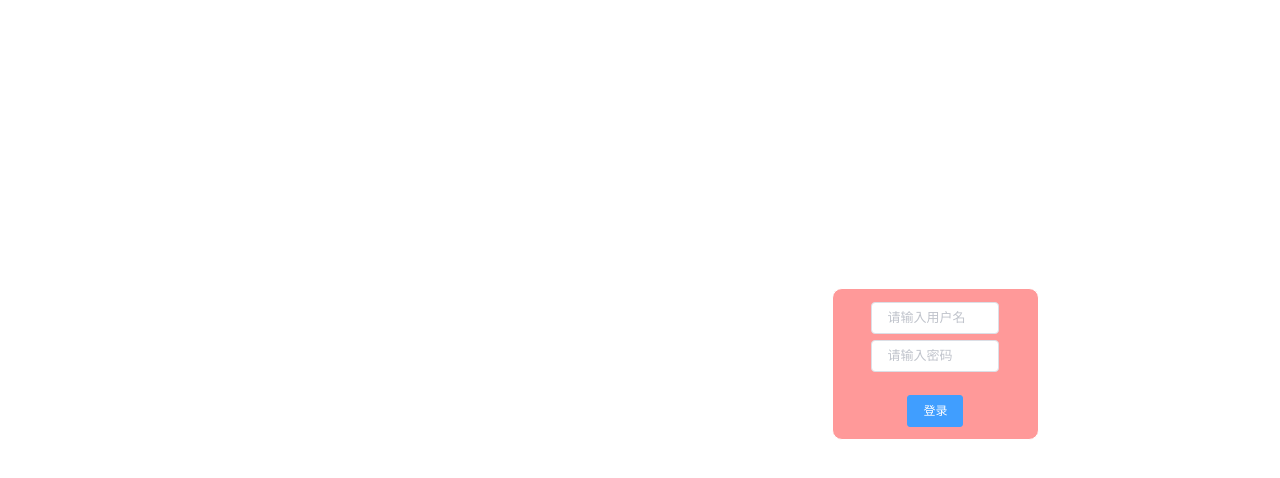
Repository: faintout/backMng
Page: / (app in backmng/)
An editor plug-in stored every save of this project. The page is shown before and after the next save, followed by the edit.
The browser window is 1280 px wide. The pictures show the whole page.
The project was rebuilt for these pictures with package versions that can differ from the ones it lists, and the page was loaded fresh each time. Also part of the build but not shown: backmng/vue.config.js, backmng/src/views/headerTop.vue, backmng/src/views/layout.vue, backmng/src/views/_index.vue, backmng/src/views/addList.vue, backmng/src/views/list.vue.

Above is the page before, as saved 2021-01-04 15:32:34.

### backmng/public/index.html
<!DOCTYPE html>
<html lang="en">
  <head>
    <meta charset="utf-8">
    <meta http-equiv="X-UA-Compatible" content="IE=edge">
    <meta name="viewport" content="width=device-width,initial-scale=1.0">
    <link rel="icon" href="<%= BASE_URL %>favicon.ico">
    <title><%= htmlWebpackPlugin.options.title %></title>
  </head>
  <!-- <script src="https://cdn.bootcdn.net/ajax/libs/jquery/3.5.1/jquery.js"></script> -->
  <body>
    <noscript>
      <strong>We're sorry but <%= htmlWebpackPlugin.options.title %> doesn't work properly without JavaScript enabled. Please enable it to continue.</strong>
    </noscript>
    <div id="app"></div>
    <!-- built files will be auto injected -->
  </body>
</html>

### backmng/src/main.js
import Vue from 'vue'
import App from './App.vue'
import router from './router'
import store from './store'
import ElementUI from 'element-ui'
import 'element-ui/lib/theme-chalk/index.css'
import './assets/index.css'
import $ from 'jquery'
import axios from "axios"

Vue.use(ElementUI)
// Vue.use(axios)
Vue.prototype.$axios = axios;
// Vue.prototype.$route = axios;
Vue.config.productionTip = false
new Vue({
  router,
  store,
  render: h => h(App)
}).$mount('#app')

### backmng/src/App.vue
<template>
  <div id="app">
    <router-view/>
  </div>
</template>

<style lang="less">
#app {
  font-family: Avenir, Helvetica, Arial, sans-serif;
  -webkit-font-smoothing: antialiased;
  -moz-osx-font-smoothing: grayscale;
  text-align: center;
  color: #2c3e50;
  height: 100%;
}

#nav {
  padding: 30px;

  a {
    font-weight: bold;
    color: #2c3e50;

    &.router-link-exact-active {
      color: #42b983;
    }
  }
}
</style>

### backmng/src/router/index.js
import Vue from 'vue'
import VueRouter from 'vue-router'
import Layout from '../views/layout.vue'
import _index from '../views/_index.vue'
import addList from '../views/addList.vue'
import list from '../views/list.vue'
import login from '../views/login.vue'
import store from '../store/index.js'

Vue.use(VueRouter)

const routes = [
    // {
    //     path:'*',
    //     name:'redirect',
    //     redirect:'/login'
    // },
    {
        path:'/',
        name:'redirect',
        redirect:'/_index'
    },
    {
        path:'/login',
        name:'login',
        component:login
    },
    {
        path: '/layout',
        name: 'Layout',
        component: Layout,
        redirect:'/_index',
        children: [
            {
                path: '/_index',
                name: '首页',
                component: _index,
            },
            {
                path: '/addList',
                name: '添加',
                component: addList,
            },
            {
                path: '/list',
                name: '列表查看',
                component: list,
            },
        ]
    },
]


const router = new VueRouter({
    routes
})
router.beforeEach((to, from, next) => {
    if (to.path === '/login') {
      next();
    } else {
      store.commit('getToken')
      let token = store.state.token
      console.log('token',token);

      if (!token) {
        next('/login');
      } else {
        next();
      }
    }
  });

export default router

### backmng/src/store/index.js
import Vue from 'vue'
import Vuex from 'vuex'
import local from '../toolUtil/local.js'

Vue.use(Vuex)

export default new Vuex.Store({
    state: {
        token: local('backMng_token')?local('backMng_token'):''
    },
    mutations: {
        setToken(state, token) {
            //   state.token = token/
            local('backMng_token', token)
            // localStorage.removeItem('backMng_token')
            //设置token
            state.token = token
        },
        getToken(state) {
            let token = local('backMng_token')
            state.token =token?token:''
      },
        delToken(state) {
            state.token =''
            //清除本地token
            localStorage.removeItem('backMng_token')
      }
    },
    actions: {
    },
    modules: {
    }
})

### backmng/src/assets/index.css
* {
    /* width: 100%;
    height: 100%; */
    padding: 0;
    margin: 0;
}
html,body{
    height: 100%;
}
.h100{
    height: 100%;
}

### backmng/src/views/login.vue
<template>
    <div class="bgc" :style="{background:'url('+imgUrl+')'}">
        <div class="login_contnet">
            <div class="user_admin">
                <el-input v-model="userName" placeholder="请输入用户名" size="small"></el-input>

            </div>
            <div class="user_password">
                <el-input v-model="passWord" placeholder="请输入密码" show-password size="small"></el-input>

            </div>
            <el-button type="primary" @click="login" size="small" style="margin-top:1rem">登录</el-button>
        </div>

    </div>
</template>

<script>
    import { AjaxTool } from '../request/ajaxUtil'
    import local from '../toolUtil/local'
    export default {
        components: {},
        data() {
            return {
                userName: '',
                passWord: '',
                imgUrl: ''
            }
        },
        watch: {},
        computed: {},
        methods: {
            login() {
                AjaxTool.login({ "userName": this.userName, "passWord": this.passWord, }).then(
                    res => {
                        //本地存储
                        if (res.success) {
                            local('backMng_token', res.token)
                            this.$message({
                                type: 'success',
                                message: res.msg
                            })
                            this.$router.push('/')
                        } else {
                            this.$message.error(res.msg)
                        }
                    }
                )
            }
        },
        mounted() {
            var self = this
            $.ajax({
                type: "GET",
                url: '/img/acgurl.php?return=json',
                success: res => {
                    console.log(res);
                    // this.$nick()
                    // self.imgUrl = res.imgurl
                }
            })
        },
        created() {

        },
    }
</script>
<style lang="less" scoped>
    .login_contnet {
        position: relative;
        width: 10%;
        border: 1px solid #fff;
        border-radius: 10px;
        padding: 1% 3%;
        background-color: rgba(255, 255, 255, 0.4);
        background-color: rgba(255, 0, 0, 0.4);
        left: 65%;
        top: 40%;
    }

    .bgc {
        width: 100%;
        height: 100%;
    }

    .user_admin,
    .user_password {
        margin-bottom: 5%;
    }
</style>

### backmng/src/toolUtil/local.js
export default   (key, value) => {
    return value ? localStorage.setItem(key, value) : localStorage.getItem(key)
}
// export local

### backmng/src/request/ajaxUtil.js
import { getData } from './request'
import { Message } from 'element-ui'
const AjaxTool = {
    // getters
    login(params) {
        return new Promise((resolve, reject) => {
            getData('/login', params).then(res => {
                if (res.success) {
                    resolve(res);
                } else {
                    Message({
                        type: 'error',
                        message: res.msg
                    })
                    reject(res);
                }
            }, err => {
                Message({
                    type: 'error',
                    message: err.msg
                })
                reject(err);
            });
        });
    },
    //
    addOrEditTableData(params) {
        return new Promise((resolve, reject) => {
            getData('/addOrEditTableData', params).then(res => {
                if (res.success) {
                    resolve(res);
                } else {
                    Message({
                        type: 'error',
                        message: res.msg
                    })
                    reject(res);
                }
            }, err => {
                Message({
                    type: 'error',
                    message: err.msg
                })
                reject(err);
            });
        });
    },
    getTableData() {
        return new Promise((resolve, reject) => {
            getData('/getTableData').then(res => {
                if (res.success) {
                    resolve(res);
                } else {
                    Message({
                        type: 'error',
                        message: res.msg
                    })
                    reject(res);
                }
            }, err => {
                Message({
                    type: 'error',
                    message: err.msg
                })
                reject(err);
            });
        });
    },
    delTableById(params) {
        return new Promise((resolve, reject) => {
            getData('/delTableById',params).then(res => {
                if (res.success) {
                    resolve(res);
                } else {
                    Message({
                        type: 'error',
                        message: res.msg
                    })
                    reject(res);
                }
            }, err => {
                Message({
                    type: 'error',
                    message: err.msg
                })
                reject(err);
            });
        });
    }
}
export {
    AjaxTool
}

### backmng/src/request/request.js
import axios from 'axios'
import store from '../store/index.js'
import router from '../router/index.js'
import {Message} from 'element-ui'
// axios.defaults.baseURL = 'http://172.17.35.25:9706'
axios.defaults.baseURL = '/server'




//添加一个请求拦截器
axios.interceptors.request.use(function (config) {
    store.commit('getToken')
    let user = store.state.token;
    config.headers.common['token'] = user||'';
    //console.dir(config);
    return config;
}, function (error) {
    // Do something with request error
    console.info("error: ");
    console.info(error);
    return Promise.reject(error);
});

// 添加一个响应拦截器
axios.interceptors.response.use(function (response) {
    if (response.data && response.data.code) {
        if (parseInt(response.data.code) === 108 || parseInt(response.data.code) === 109) {
            //未登录
            response.data.msg = "登录信息已失效，请重新登录";
            Message.error(response.data.msg);
            store.commit('delToken')
            router.push('/login');
        }
        if (parseInt(response.data.code) === -1) {
            Message.error("请求失败");
        }
    }
    return response;
}, function (error) {
    // Do something with response error
    console.dir(error);
    Message.error("服务器连接失败");
    return Promise.reject(error);
})

const getData = (url, params, header) => {
    return new Promise((resolve, reject) => {
        axios['post'](url, params, header).then(res => {
            resolve(res.data)
        }).catch(err => {
            reject(err)
        })
    })
}


export {
    getData
}

After the next save:
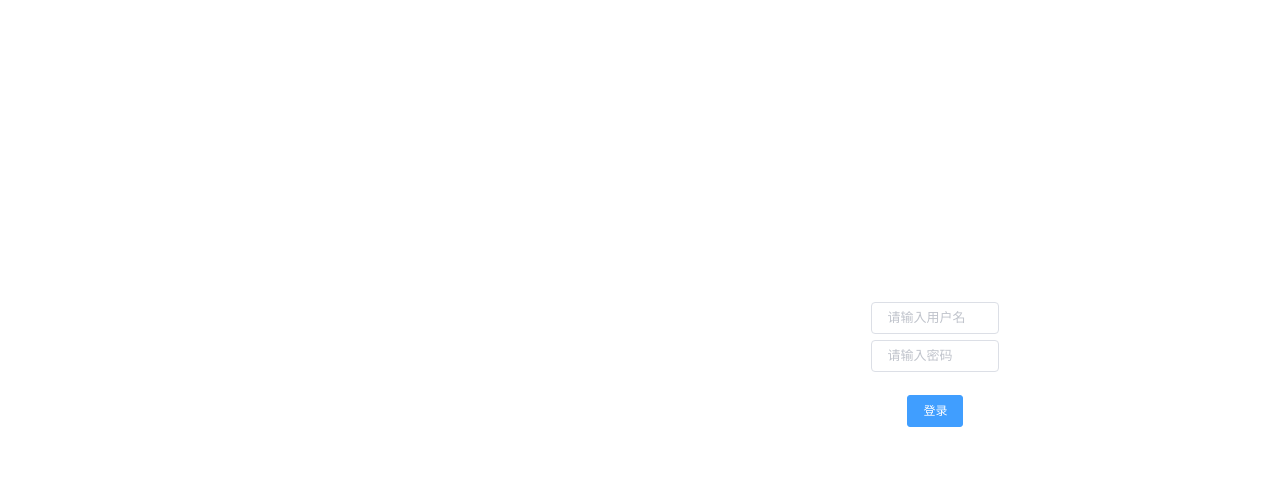
Saved 5 s later.
--- a/backmng/src/views/login.vue
+++ b/backmng/src/views/login.vue
@@ -56,7 +56,7 @@
                 success: res => {
                     console.log(res);
                     // this.$nick()
-                    // self.imgUrl = res.imgurl
+                    self.imgUrl = res.imgurl
                 }
             })
         },
@@ -73,7 +73,6 @@
         border-radius: 10px;
         padding: 1% 3%;
         background-color: rgba(255, 255, 255, 0.4);
-        background-color: rgba(255, 0, 0, 0.4);
         left: 65%;
         top: 40%;
     }
